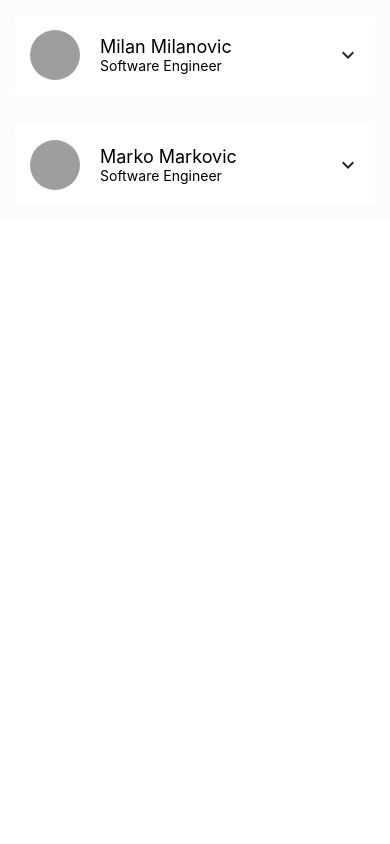
Repository: likanbl/intern-feature
Screen: /
These files come from the project's save history. The screen is drawn as it stood at one moment and after the next save; the edit follows.
Pictures or frames that could not be fetched are drawn as grey boxes. The app was drawn by React Native's web renderer in a window 390 px wide. The project was rebuilt for these pictures with package versions that can differ from the ones it lists, and the page was loaded fresh each time.

Above is the screen before, as saved 2019-09-16 14:29:23.

### App.js
import React, {Component} from 'react';

import InternScreen from './src/components/intern-feature/InternScreen';

export default class App extends Component {
  render() {
    return <InternScreen></InternScreen>;
  }
}

### src/components/intern-feature/InternScreen.js
import React, {Component} from 'react';
import {View, FlatList, Text, StyleSheet} from 'react-native';
import Data from './InternData';
import {InternItems} from './InternItems';

export default class InterScreen extends Component {
  renderItem = ({item}) => <InternItems item={item} />;

  render() {
    return (
      <View>
        <FlatList
          data={Data}
          renderItem={this.renderItem}
          keyExtractor={Data.id}
        />
      </View>
    );
  }
}

### src/components/intern-feature/InternData.js
export default [
  {
    Name: 'Milan Milanovic',
    role: 'Software Engineer',
    additionalInfo:
      'Lorem ipsum dolor sit amet, consectetur adipiscing elit, sed do eiusmod tempor incididunt ut labore et dolore magna aliqua.',
  },

  {
    Name: 'Marko Markovic',
    role: 'Software Engineer',
    additionalInfo:
      'Lorem ipsum dolor sit amet, consectetur adipiscing elit, sed do eiusmod tempor incididunt ut labore et dolore magna aliqua.',
  },
];

### src/components/intern-feature/InternItems.js
import React, {Component, useState} from 'react';
import {View, Text, Image, TouchableWithoutFeedback} from 'react-native';
import PropTypes from 'prop-types';
import {images} from '../../assets/images';
import {Avatar, Icon} from 'react-native-elements';
import styles from './styles';

const propTypes = {
  item: PropTypes.object,
};

export function InternItems(props) {
  const [isOpen, setIsOpen] = useState(false);

  return (
    <View style={styles.cardView}>
      <View style={styles.cardContainer}>
        <TouchableWithoutFeedback
          onPress={() => {
            setIsOpen(!isOpen);
          }}>
          <View style={styles.titleContainer}>
            <View>
              <Avatar
                size="medium"
                rounded
                source={{
                  uri:
                    'https://s3.amazonaws.com/uifaces/faces/twitter/ladylexy/128.jpg',
                }}
              />
            </View>
            <View style={styles.nameRole}>
              <Text style={styles.title}>{props.item.Name}</Text>
              <Text style={styles.role}>{props.item.role}</Text>
              <Text style={styles.role}>{props.item.skills}</Text>
            </View>
            <Icon name={isOpen ? 'keyboard-arrow-up' : 'keyboard-arrow-down'} />
          </View>
        </TouchableWithoutFeedback>
        {isOpen && (
          <View style={styles.titleContainer}>
            <Text style={styles.description}>{props.item.additionalInfo}</Text>
          </View>
        )}
      </View>
    </View>
  );
}

InternItems.propTypes = propTypes;

### src/assets/images.js
export const images = {
  expand: require('../../resources/expand.png'),
  close: require('../../resources/close.png'),
};

### src/components/intern-feature/styles.js
import {StyleSheet} from 'react-native';

export default StyleSheet.create({
  cardView: {
    flex: 1,
    padding: 15,
    backgroundColor: '#FCFCFF',
  },
  cardContainer: {
    flex: 1,
    flexDirection: 'column',
    elevation: 1,
    borderRadius: 5,
    backfaceVisibility: 'hidden',
    backgroundColor: 'white',

    padding: 15,
  },
  avatarContainer: {
    flex: 1,
    alignItems: 'flex-start',
    justifyContent: 'center',
  },
  nameRole: {
    flex: 2,
    alignItems: 'flex-start',
    justifyContent: 'center',
    marginLeft: 20,
  },

  titleContainer: {
    flexDirection: 'row',
    justifyContent: 'space-around',
    alignItems: 'center',
  },
  title: {
    flex: 1,
    fontSize: 18,
  },
  role: {
    flex: 1,
    fontSize: 14,
  },
  description: {
    flex: 1,
    fontSize: 22,
    color: 'gray',
    paddingTop: 10,
  },
  image: {
    width: 20,
    height: 20,
  },
});

After the next save:
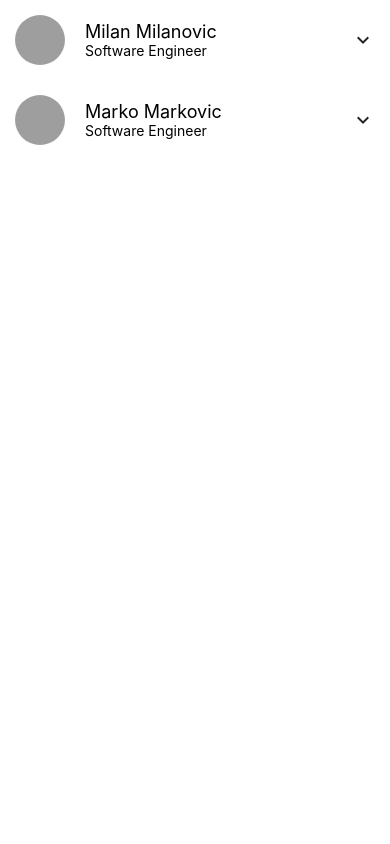
Saved 14 s later.
--- a/src/components/intern-feature/styles.js
+++ b/src/components/intern-feature/styles.js
@@ -1,7 +1,7 @@
 import {StyleSheet} from 'react-native';
 
 export default StyleSheet.create({
-  cardView: {
+  card: {
     flex: 1,
     padding: 15,
     backgroundColor: '#FCFCFF',

After the save that followed:
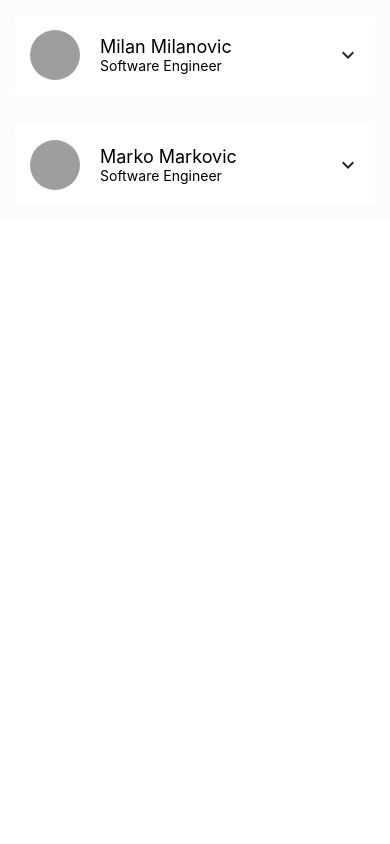
Saved 11 s later.
--- a/src/components/intern-feature/InternItems.js
+++ b/src/components/intern-feature/InternItems.js
@@ -13,7 +13,7 @@ export function InternItems(props) {
   const [isOpen, setIsOpen] = useState(false);
 
   return (
-    <View style={styles.cardView}>
+    <View style={styles.card}>
       <View style={styles.cardContainer}>
         <TouchableWithoutFeedback
           onPress={() => {
